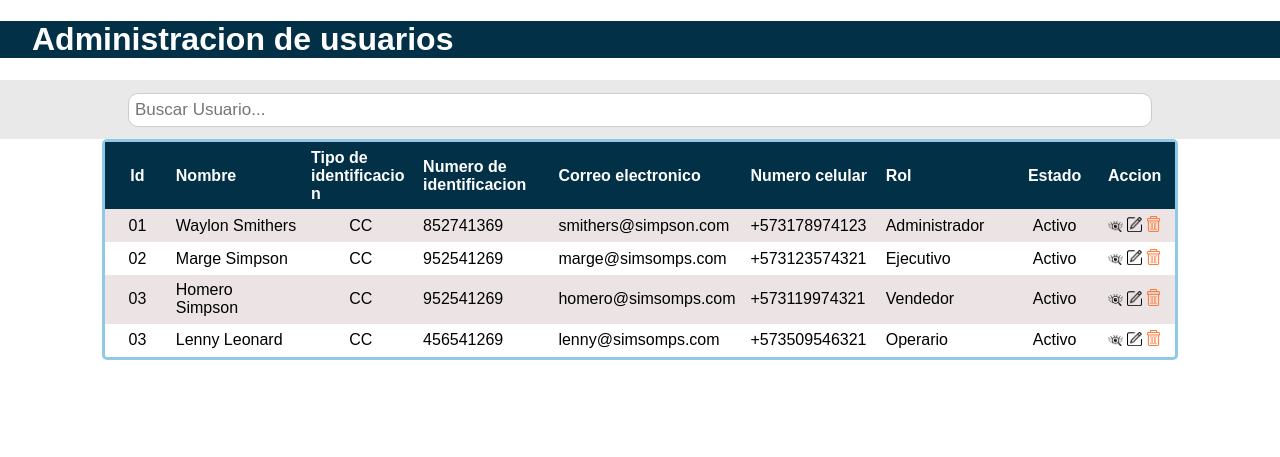
Repository: AlexanderBarona/Proyecto_Ciclo3_Mintic
Page: PaginaWeb/pages/admin_user.html
The author's editor kept a copy of each file at every save. The page is drawn from the files as they stood at one save, then again after the next save.
The browser window is 1280 px wide. The pictures show the whole page.

Above is the page before, as saved 2021-09-30 14:47:59.

After the next save:
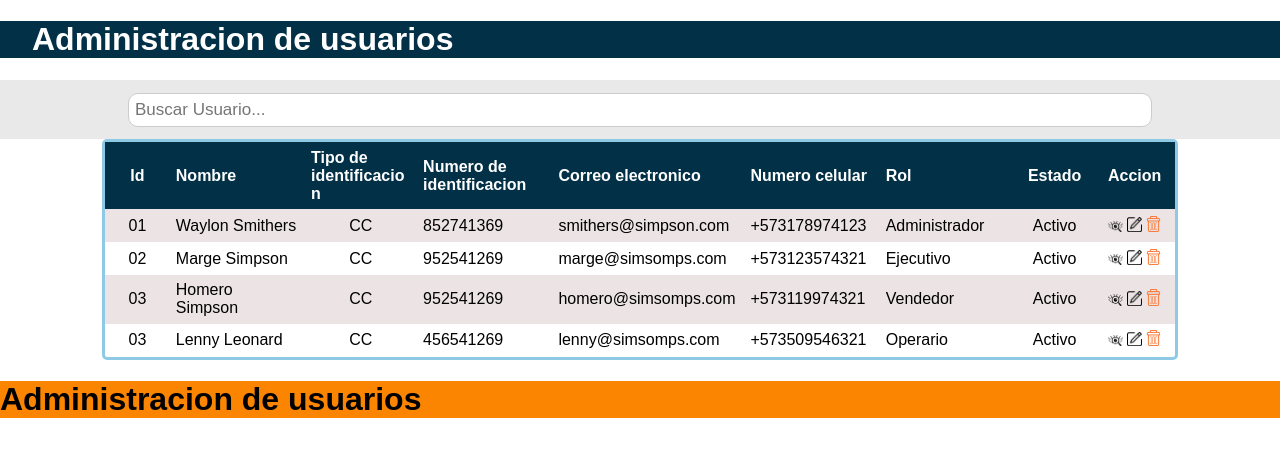
Saved 49 s later.
--- a/PaginaWeb/pages/admin_user.html
+++ b/PaginaWeb/pages/admin_user.html
@@ -148,7 +148,9 @@
         </div>
       </main>
       <footer>
-        <div></div>
+        <div>
+          <h1>Administracion de usuarios</h1>
+        </div>
       </footer>
    </body>
 </html>
